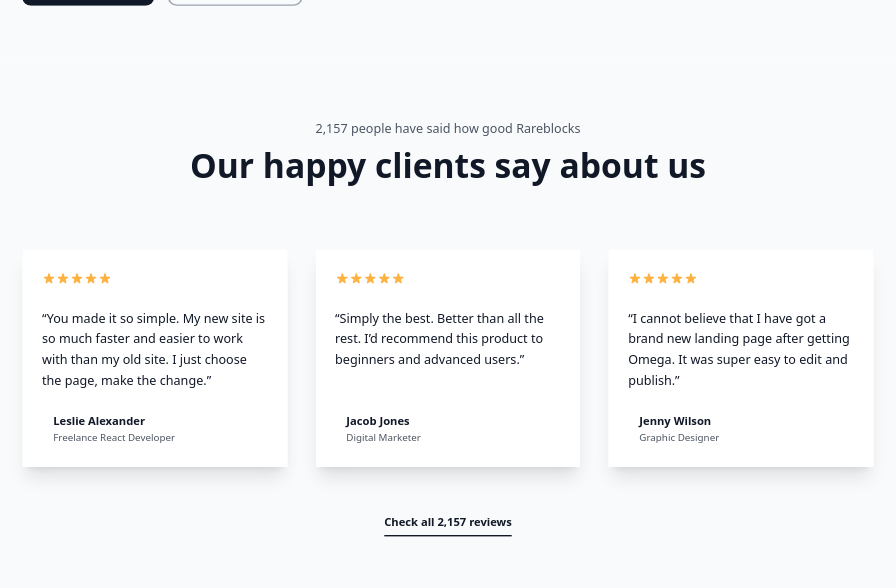
Repository: ornelasedward/mired_website
Page: /
The author's editor kept a copy of each file at every save. The page is drawn from the files as they stood at one save, then again after the next save.
The browser window is 1280 px wide. The pictures show the part of the page from y = 2455 to 4375 px (the page is 3295 px tall before and 4375 px after), at 70% of full size.
The project was rebuilt for these pictures with package versions that can differ from the ones it lists, and the page was loaded fresh each time. The framework's server and built-in components were replaced by stand-ins that run in the browser. Also part of the build but not shown: next.config.js.

Above is the page before, as saved 2023-03-25 21:04:51.

### app/page.tsx
import Header from "@/components/Header";
import Hero from "@/components/Hero";
import Services from "@/components/Services";
import CTA from "@/components/CTA";
import { Inter } from "next/font/google";
import Testimonial from "@/components/Testimonials";

const inter = Inter({ subsets: ["latin"] });

export default function Home() {
  return (
    <main>
      <Hero />
      <Header />
      <Services />
      <CTA />
      <Testimonial />
    </main>
  );
}

### components/Header.tsx
export default function Header() {
  return (
    <section className="py-12 overflow-hidden bg-gray-900 sm:py-16 lg:py-20 xl:py-24">
      <div className="px-4 mx-auto max-w-7xl sm:px-6 lg:px-8">
        <div className="grid max-w-6xl grid-cols-1 mx-auto gap-y-12 lg:grid-cols-2 lg:gap-x-16 xl:gap-x-24">
          <div className="relative flex flex-col justify-between max-w-lg lg:py-12 lg:max-w-none">
            <div className="flex-1">
              <p className="text-sm font-normal tracking-widest uppercase">
                <span className="text-transparent bg-clip-text bg-gradient-to-r from-cyan-500 to-purple-500">
                  {" "}
                  Have a project in mind?{" "}
                </span>
              </p>
            </div>

            <div className="mt-6 lg:mt-auto">
              <h2 className="text-3xl font-normal text-white sm:text-4xl lg:text-5xl xl:text-6xl">
                We help you to grow your business faster & easier.
              </h2>
              <p className="mt-4 text-base font-normal text-gray-400 lg:max-w-xs sm:text-lg sm:mt-6">
                Amet minim mollit non deserunt ullamco est sit aliqua dolor.
              </p>
            </div>
          </div>

          <div className="relative flex items-center justify-center">
            <div className="absolute right-0 transform translate-x-4 -translate-y-1/2 top-1/2">
              <svg
                className="filter blur-3xl"
                // style="filter: blur(64px)"
                width="619"
                height="371"
                fill="none"
                xmlns="http://www.w3.org/2000/svg"
              >
                <path
                  d="M355.661 40.206C507.908 40.206 619-61.411 619 58.454 619 178.319 219.912 371 67.665 371s0-192.681 0-312.546c0-119.865 135.749-18.248 287.996-18.248Z"
                  fill="url(#e)"
                />
                <defs>
                  <linearGradient
                    id="e"
                    x1="0"
                    y1="371"
                    x2="36.57"
                    y2="-50.529"
                    gradientUnits="userSpaceOnUse"
                  >
                    <stop
                      offset="0%"
                      //   style="stop-color: var(--color-cyan-500)"
                    />
                    <stop
                      offset="100%"
                      //   style="stop-color: var(--color-purple-500)"
                    />
                  </linearGradient>
                </defs>
              </svg>
            </div>

            <div className="relative overflow-hidden bg-black rounded-xl">
              <div className="p-6 sm:py-8 sm:px-9">
                <p className="text-xl font-normal text-white">
                  Let us know about your project & we will help you grow your
                  business from scratch.
                </p>

                <form action="#" method="POST" className="mt-8 space-y-4">
                  <div>
                    <label for="" className="sr-only">
                      {" "}
                      Full name{" "}
                    </label>
                    <div>
                      <input
                        type="text"
                        name=""
                        id=""
                        placeholder="First & Last name"
                        className="block w-full px-5 py-4 text-base text-white placeholder-gray-500 bg-black rounded-md focus:border-white focus:ring-1 focus:ring-white"
                      />
                    </div>
                  </div>

                  <div>
                    <label for="" className="sr-only">
                      {" "}
                      Email address{" "}
                    </label>
                    <div>
                      <input
                        type="email"
                        name=""
                        id=""
                        placeholder="Email address"
                        className="block w-full px-5 py-4 text-base text-white placeholder-gray-500 bg-black rounded-md focus:border-white focus:ring-1 focus:ring-white"
                      />
                    </div>
                  </div>

                  <div>
                    <label for="" className="sr-only">
                      {" "}
                      Phone number{" "}
                    </label>
                    <div>
                      <input
                        type="tel"
                        name=""
                        id=""
                        placeholder="Phone number"
                        className="block w-full px-5 py-4 text-base text-white placeholder-gray-500 bg-black rounded-md focus:border-white focus:ring-1 focus:ring-white"
                      />
                    </div>
                  </div>

                  <div>
                    <label for="" className="sr-only">
                      {" "}
                      Message{" "}
                    </label>
                    <div>
                      <textarea
                        name=""
                        id=""
                        placeholder="Write your message"
                        rows="4"
                        className="block w-full px-5 py-4 text-base text-white placeholder-gray-500 bg-black rounded-md resize-y focus:border-white focus:ring-1 focus:ring-white"
                      ></textarea>
                    </div>
                  </div>

                  <div>
                    <div className="relative inline-flex mt-2 group">
                      <div className="absolute transition-all duration-200 rounded-md -inset-px bg-gradient-to-r from-cyan-500 to-purple-500 group-hover:shadow-lg group-hover:shadow-cyan-500/50"></div>
                      <button
                        type="button"
                        className="relative inline-flex items-center justify-center px-8 py-3 text-base font-normal text-white bg-black border border-transparent rounded-md"
                        role="button"
                      >
                        Send Message
                      </button>
                    </div>
                  </div>
                </form>
              </div>
            </div>
          </div>
        </div>
      </div>
    </section>
  );
}

### components/Services.tsx
import Image from "next/image";

export default function Services() {
  return (
    <div>
      <div className="absolute transform -translate-x-1/2 translate-y-full bottom-1/2 left-1/2">
        <svg
          className="blur-3xl filter opacity-70"
          style={{ filter: "blur(64px)" }}
          width="643"
          height="408"
          fill="none"
          xmlns="http://www.w3.org/2000/svg"
        >
          <path
            d="M183.151 216.787C86.498 123.868-62.309 137.493 30.03 41.445c92.337-96.049 494.126-6.876 590.779 86.043 96.652 92.919-148.432 154.396-240.769 250.445-92.338 96.048-100.237-68.228-196.889-161.146Z"
            fill="url(#a)"
          />
          <defs>
            <linearGradient
              id="a"
              x1="663.766"
              y1="168.785"
              x2="303.65"
              y2="469.667"
              gradientUnits="userSpaceOnUse"
            >
              <stop
                offset="0%"
                style={{ stopColor: "var(--color-cyan-500)" }}
              />
              <stop
                offset="100%"
                style={{ stopColor: "var(--color-purple-500)" }}
              />
            </linearGradient>
          </defs>
        </svg>
      </div>

      <div className="absolute inset-0">
        {/* <Image className="object-cover w-full h-full opacity-50" src="https://landingfoliocom.imgix.net/store/collection/dusk/images/noise.png" alt="" width="100" height="100"> */}
      </div>

      <div className="relative px-4 mx-auto sm:px-6 lg:px-8 max-w-7xl">
        <div className="max-w-md mx-auto text-center">
          <h2 className="text-3xl font-normal text-white sm:text-4xl lg:text-5xl xl:text-6xl">
            3 simple steps
          </h2>
          <p className="mt-6 text-lg font-normal text-gray-400">
            Amet minim mollit non deserunt ullamco est sit aliqua dolor do amet
            sint velit officia
          </p>
        </div>

        <div className="grid grid-cols-1 mt-12 bg-black bg-opacity-50 border border-gray-800 sm:grid-cols-2 lg:grid-cols-4 sm:mt-16 lg:mt-20 backdrop-blur-lg">
          <div className="">
            <div className="p-6 sm:px-8">
              <p className="text-5xl font-semibold text-gray-600">1</p>
              <p className="mt-12 text-xl font-normal text-white lg:mt-32 xl:mt-52">
                Create a free account. Amet minim mollit non est sit dolor do.
              </p>
            </div>
          </div>

          <div className="border-t border-gray-800 sm:border-t-0 sm:border-l">
            <div className="p-6 sm:px-8">
              <p className="text-5xl font-semibold text-gray-600">2</p>
              <p className="mt-12 text-xl font-normal text-white lg:mt-32 xl:mt-52">
                Add team member on your project. Amet minim mollit non.
              </p>
            </div>
          </div>

          <div className="border-t border-gray-800 lg:border-t-0 lg:border-l">
            <div className="p-6 sm:px-8">
              <p className="text-5xl font-semibold text-gray-600">3</p>
              <p className="mt-12 text-xl font-normal text-white lg:mt-32 xl:mt-52">
                Start automating. Amet minim mollit non est sit dolor doros.
              </p>
            </div>
          </div>

          <div className="border-t border-l border-gray-800 lg:border-t-0">
            <div className="p-6 sm:px-8">
              <p className="text-5xl font-semibold text-gray-600">4</p>
              <p className="mt-12 text-xl font-normal text-white lg:mt-32 xl:mt-52">
                Grow business fast. Amet minim mollit non est sit dolor.
              </p>
            </div>
          </div>
        </div>
      </div>
    </div>
  );
}

### components/CTA.tsx
import Image from "next/image";

export default function Component() {
  return (
    <div>
      <section className="relative py-12 overflow-hidden bg-gray-50 sm:py-16 lg:py-20">
        <div className="px-4 mx-auto max-w-7xl sm:px-6 lg:px-8">
          <div className="text-center lg:w-1/2 xl:w-2/5 lg:text-left lg:pr-8">
            <p className="text-lg font-medium text-gray-600 font-pj">
              2,157 people are using
            </p>
            <h2 className="mt-6 text-3xl font-bold text-gray-900 sm:text-4xl xl:text-5xl font-pj">
              Rareblocks helps you grow fast
            </h2>

            <ul className="mt-8 space-y-5 lg:mt-16">
              <li className="flex items-center justify-center text-gray-900 lg:justify-start">
                <svg
                  className="w-6 h-6"
                  xmlns="http://www.w3.org/2000/svg"
                  fill="none"
                  viewBox="0 0 24 24"
                  stroke="currentColor"
                >
                  <path
                    stroke-linecap="round"
                    stroke-linejoin="round"
                    stroke-width="2"
                    d="M9 12l2 2 4-4m6 2a9 9 0 11-18 0 9 9 0 0118 0z"
                  />
                </svg>
                <span className="ml-3 text-lg font-bold font-pj">
                  {" "}
                  150+ Handcoded UI Blocks{" "}
                </span>
              </li>

              <li className="flex items-center justify-center text-gray-900 lg:justify-start">
                <svg
                  className="w-6 h-6"
                  xmlns="http://www.w3.org/2000/svg"
                  fill="none"
                  viewBox="0 0 24 24"
                  stroke="currentColor"
                >
                  <path
                    stroke-linecap="round"
                    stroke-linejoin="round"
                    stroke-width="2"
                    d="M9 12l2 2 4-4m6 2a9 9 0 11-18 0 9 9 0 0118 0z"
                  />
                </svg>
                <span className="ml-3 text-lg font-bold font-pj">
                  {" "}
                  Fully Responsive on Any Device{" "}
                </span>
              </li>

              <li className="flex items-center justify-center text-gray-900 lg:justify-start">
                <svg
                  className="w-6 h-6"
                  xmlns="http://www.w3.org/2000/svg"
                  fill="none"
                  viewBox="0 0 24 24"
                  stroke="currentColor"
                >
                  <path
                    stroke-linecap="round"
                    stroke-linejoin="round"
                    stroke-width="2"
                    d="M9 12l2 2 4-4m6 2a9 9 0 11-18 0 9 9 0 0118 0z"
                  />
                </svg>
                <span className="ml-3 text-lg font-bold font-pj">
                  {" "}
                  Just Copy & Paste{" "}
                </span>
              </li>
            </ul>

            <div className="flex flex-col items-center mt-8 lg:justify-start sm:justify-center sm:flex-row lg:mt-16 sm:space-x-5">
              <a
                href="#"
                title=""
                className="
                        relative
                        inline-flex
                        items-center
                        justify-center
                        w-48
                        px-8
                        py-3
                        text-base
                        font-bold
                        text-white
                        transition-all
                        duration-200
                        bg-gray-900
                        border-2 border-transparent
                        sm:w-auto
                        focus:outline-none focus:ring-2 focus:ring-offset-2 focus:ring-gray-900
                        font-pj
                        hover:bg-opacity-90
                        rounded-xl
                    "
                role="button"
              >
                Get Rareblocks
              </a>

              <a
                href="#"
                title=""
                className="
                        inline-flex
                        items-center
                        justify-center
                        w-48
                        px-8
                        py-3
                        mt-5
                        text-base
                        font-bold
                        text-gray-900
                        transition-all
                        duration-200
                        border-2 border-gray-400
                        sm:w-autojustify-center sm:mt-0
                        rounded-xl
                        font-pj
                        focus:outline-none focus:ring-2 focus:ring-offset-2 focus:ring-gray-900
                        hover:bg-gray-900
                        focus:bg-gray-900
                        hover:text-white
                        focus:text-white
                        hover:border-gray-900
                        focus:border-gray-900
                    "
                role="button"
              >
                Learn More
              </a>
            </div>
          </div>
        </div>

        <div className="mt-16 translate-x-12 lg:absolute lg:bottom-0 lg:right-0 lg:translate-x-96 lg:translate-y-8 xl:translate-x-56 2xl:translate-x-44 2xl:translate-y-24">
          <div className="relative">
            <div className="absolute -inset-2">
              <div
                className="w-full h-full mx-auto opacity-30 blur-lg filter"
                // style="background: linear-gradient(90deg, #44ff9a -0.55%, #44b0ff 22.86%, #8b44ff 48.36%, #ff6644 73.33%, #ebff70 99.34%)"
              ></div>
            </div>

            <div className="relative">
              <div className="aspect-w-16 aspect-h-12 lg:aspect-none">
                {/* <Image
                  className="object-cover object-left-top w-full h-full lg:max-w-4xl 2xl:max-w-5xl"
                  src="https://cdn.rareblocks.xyz/collection/clarity/images/cta/8/illustration-old.png"
                  alt=""
                  width="100"
                  height="100"
                /> */}
              </div>
            </div>
          </div>
        </div>
      </section>
    </div>
  );
}

Loaded but not shown: app/layout.tsx (common file); app/globals.css (common file); tailwind.config.js (common file); components/Testimonials.tsx (263 lines, source omitted); components/FAQ.tsx (278 lines, source omitted); components/Hero.tsx (241 lines, source omitted)

After the next save:
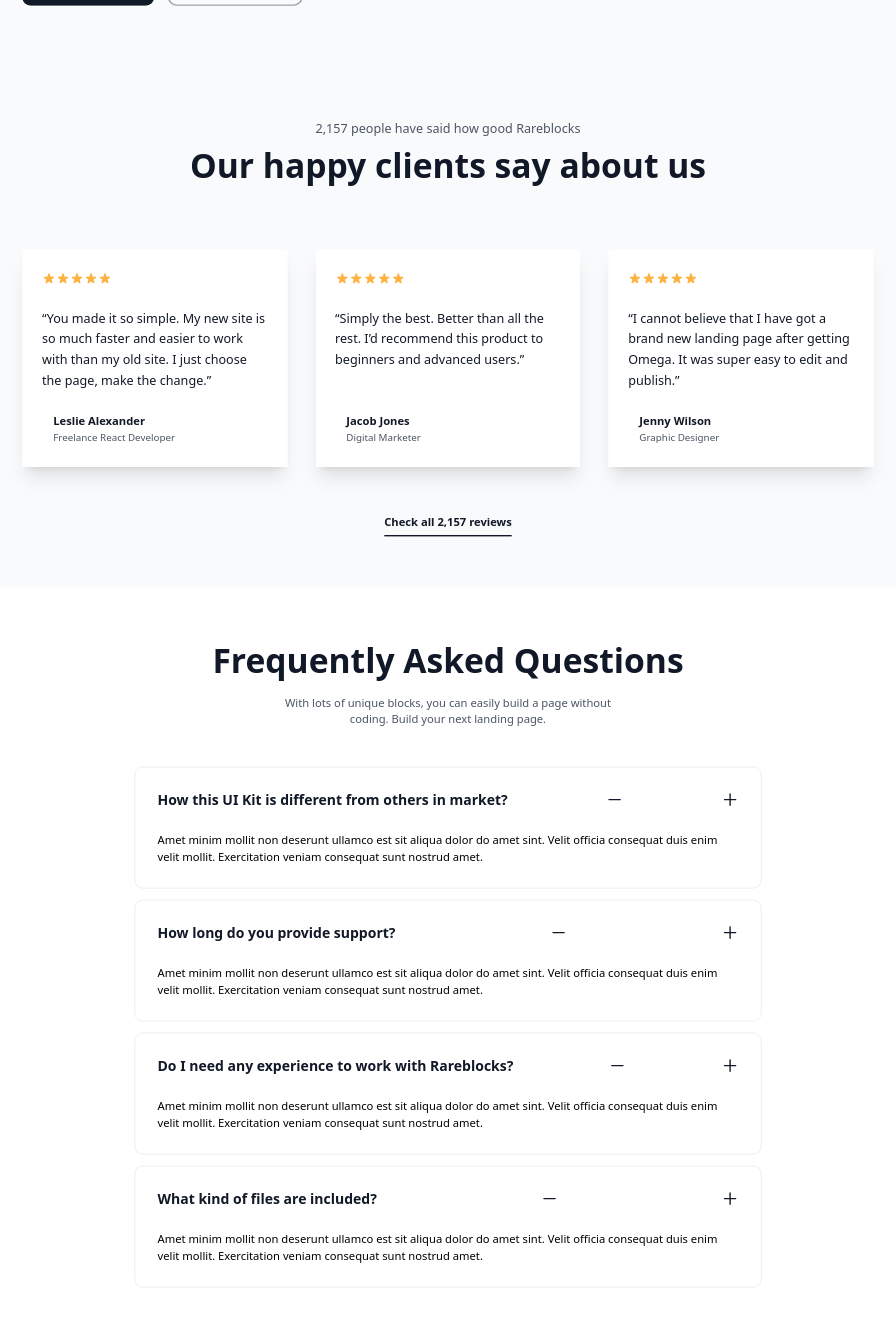
Saved 16 s later.
--- a/app/page.tsx
+++ b/app/page.tsx
@@ -4,6 +4,7 @@
 import CTA from "@/components/CTA";
 import { Inter } from "next/font/google";
 import Testimonial from "@/components/Testimonials";
+import FAQ from "@/components/FAQ";
 
 const inter = Inter({ subsets: ["latin"] });
 
@@ -15,6 +16,7 @@
       <Services />
       <CTA />
       <Testimonial />
+      <FAQ />
     </main>
   );
 }
